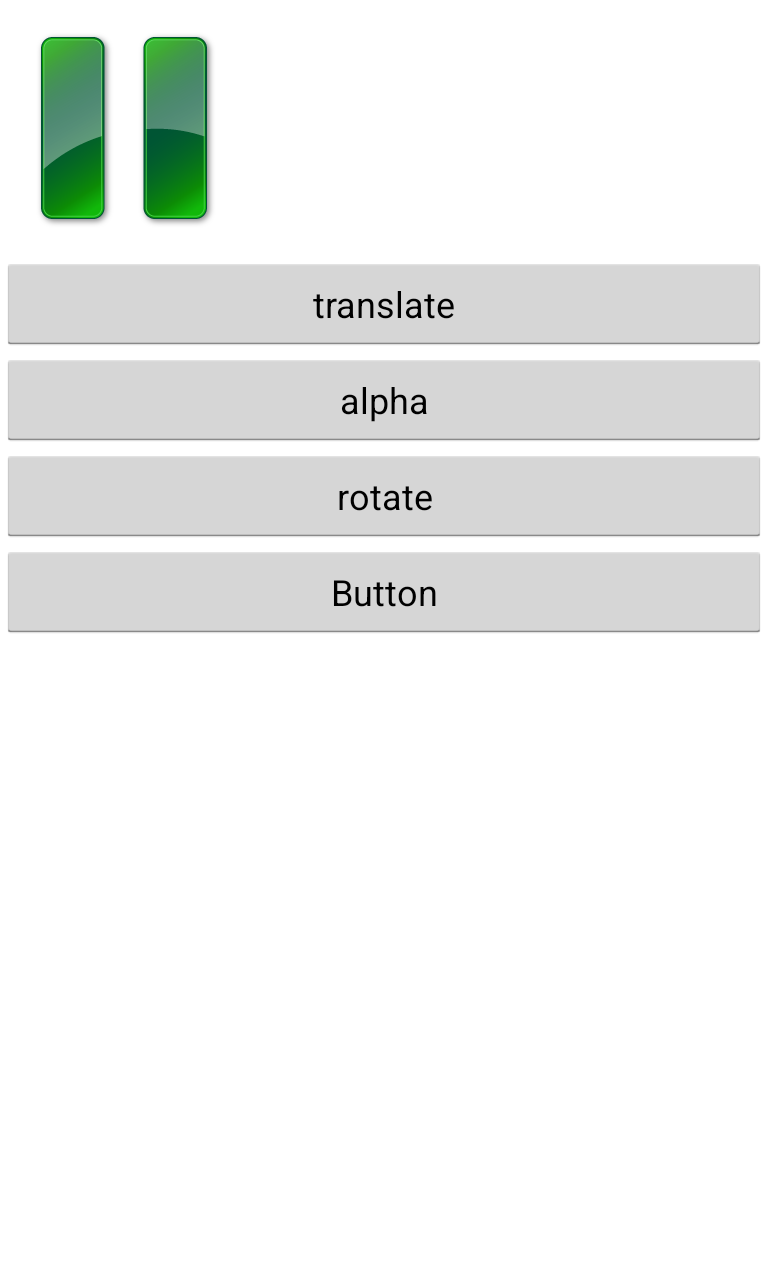
Repository: ChenLongAHXC/AndroidPractice
Layout: Animation/res/layout/activity_main.xml
An editor plug-in stored every save of this project. The layout is shown before and after the next save, followed by the edit.
It is drawn on a 768 x 1280 px phone screen (xhdpi) without system bars, with theme AppTheme; the app's code is not run.

Above is the layout before, as saved 2014-04-21 07:42:57.

After the next save:
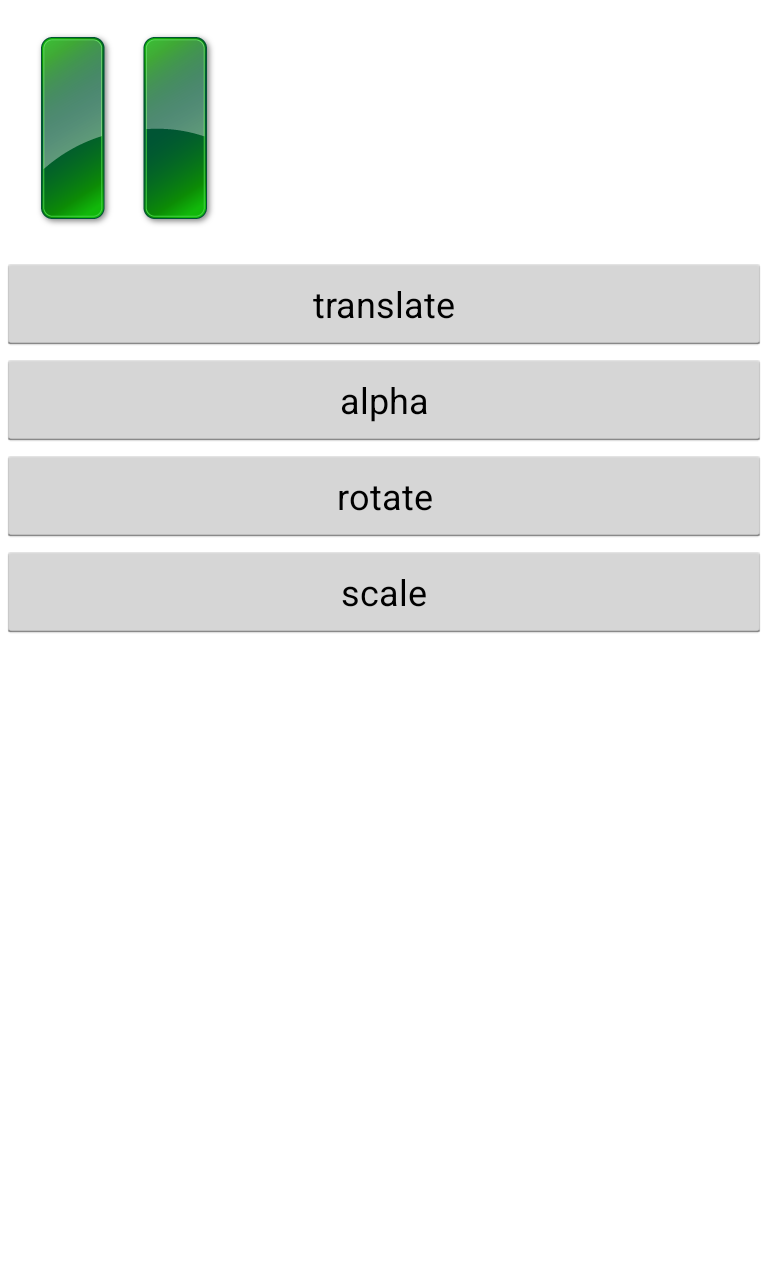
Saved 14 s later.
--- a/Animation/res/layout/activity_main.xml
+++ b/Animation/res/layout/activity_main.xml
@@ -29,9 +29,9 @@
         android:text="rotate" />
 
     <Button
-        android:id="@+id/button4"
+        android:id="@+id/scale"
         android:layout_width="match_parent"
         android:layout_height="wrap_content"
-        android:text="Button" />
+        android:text="scale" />
 
 </LinearLayout>
